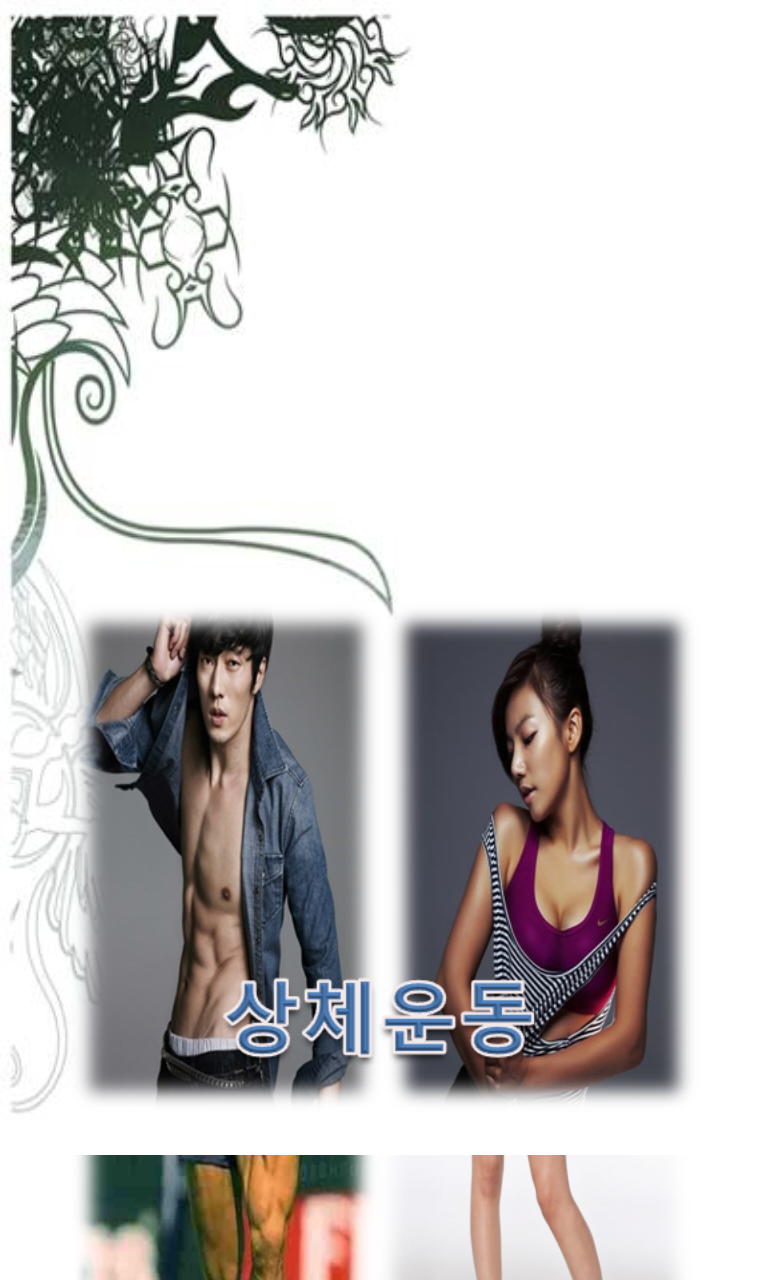
Repository: LewisLim579/2013TeamProject
Layout: PtsApp/res/layout/howtoex.xml
An editor plug-in stored every save of this project. The layout is shown before and after the next save, followed by the edit.
It is drawn on a 768 x 1280 px phone screen (xhdpi) without system bars, with theme android:Theme.NoTitleBar.Fullscreen; the app's code is not run.

Above is the layout before, as saved 2013-05-24 17:56:25.

### PtsApp/res/layout/howtoex.xml
<?xml version="1.0" encoding="utf-8"?>
<LinearLayout xmlns:android="http://schemas.android.com/apk/res/android"
    android:layout_width="match_parent"
    android:layout_height="match_parent"
    android:orientation="vertical"
    android:background="@drawable/back"
     >

    <LinearLayout
        android:layout_width="match_parent"
        android:layout_height="wrap_content"
        android:orientation="vertical"
        android:layout_marginTop="300dp" >

        <ImageButton
            android:id="@+id/imageButton1"
            android:layout_width="match_parent"
            android:layout_height="match_parent"
            android:background="#00000000"
            android:src="@drawable/sangche" />

    </LinearLayout>

    <LinearLayout
        android:layout_width="match_parent"
        android:layout_height="wrap_content"
        android:orientation="vertical"
        android:layout_marginTop="20dp" >

        <ImageButton
            android:id="@+id/imageButton2"
            android:layout_width="match_parent"
            android:layout_height="match_parent"
            android:background="#00000000"
            android:src="@drawable/hache" />

    </LinearLayout>

</LinearLayout>

After the next save:
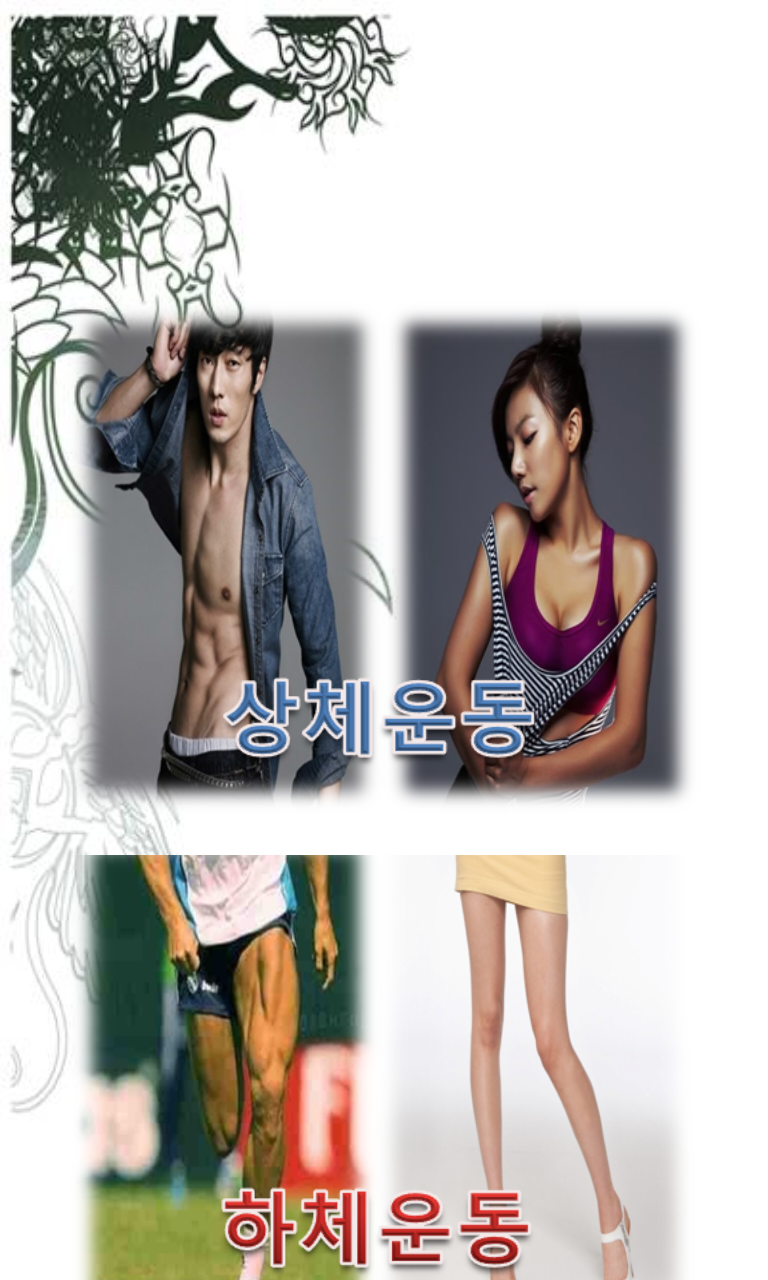
Saved 21 s later.
--- a/PtsApp/res/layout/howtoex.xml
+++ b/PtsApp/res/layout/howtoex.xml
@@ -10,7 +10,7 @@
         android:layout_width="match_parent"
         android:layout_height="wrap_content"
         android:orientation="vertical"
-        android:layout_marginTop="300dp" >
+        android:layout_marginTop="150dp" >
 
         <ImageButton
             android:id="@+id/imageButton1"
